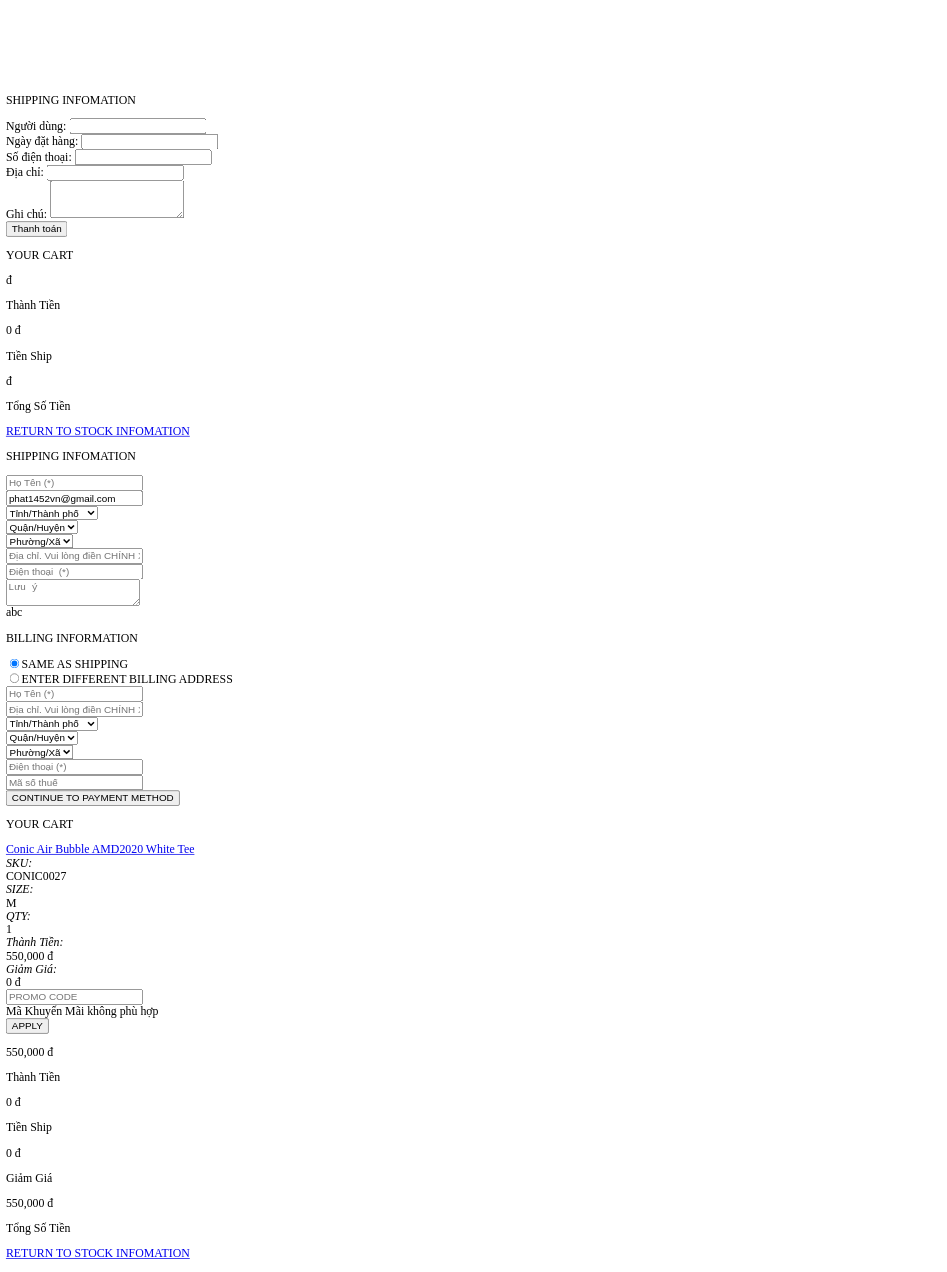
Repository: nguyengiabao245/NHOM3_C2
Page: http://localhost/DoAnJava/WEB-INF/views/order/checkout.jsp
The author's editor kept a copy of each file at every save. The page is drawn from the files as they stood at one save, then again after the next save.
The browser window is 1280 px wide. The pictures show the whole page, at 74% of full size.
The page is served by Tomcat 9. Nobody is signed in. The template is opened directly, without the code that normally fills it, so the values that code supplies are empty.

Above is the page before, as saved 2022-05-15 11:46:51.

After the next save:
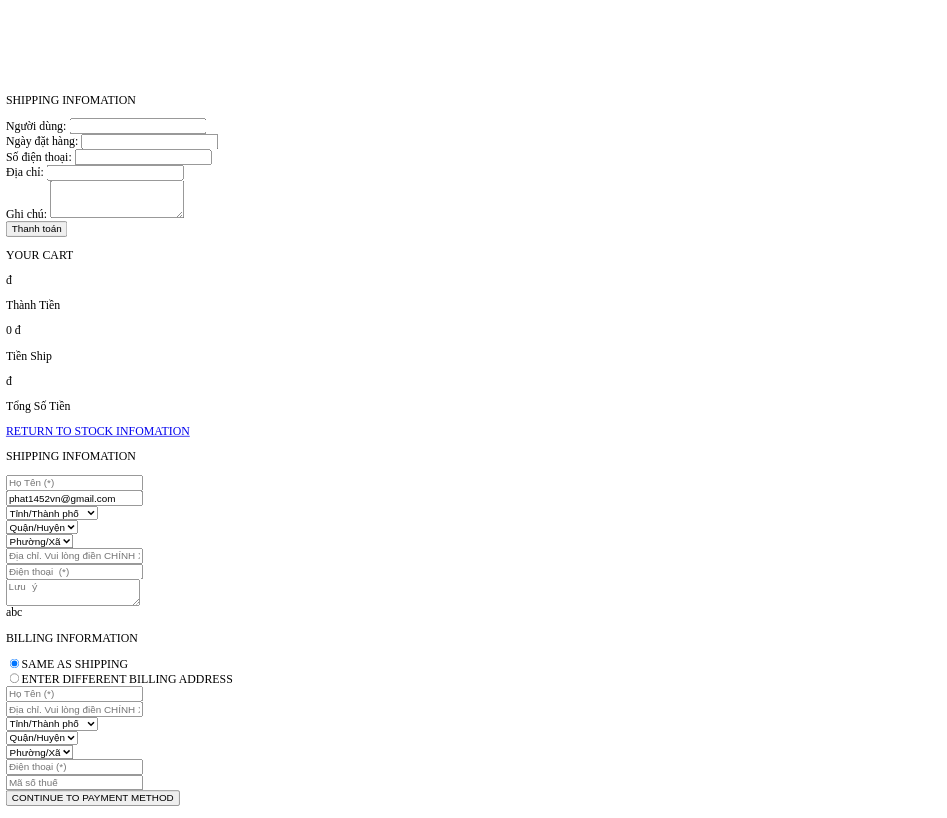
Saved 33 s later.
--- a/DoAnJava/src/main/webapp/WEB-INF/views/order/checkout.jsp
+++ b/DoAnJava/src/main/webapp/WEB-INF/views/order/checkout.jsp
@@ -201,63 +201,7 @@
         <button class="btn__conti--pay">CONTINUE TO PAYMENT METHOD</button>
     </div>
 </div>                </div>
-                <div class="checkout__inforpro">
-                    <p class="font-700 mgB-30 text-center fs-17">YOUR CART</p>
-                <div class="clearfix checkout__inforpro-detail 23732"
-         data-quoteDetail="eyJpdiI6ImF2RFZpZkk0ZHVZZ1BhRFZtZTBCcEE9PSIsInZhbHVlIjoiZ1F1bmdXd1JqUDhzN3pGN3grUFVOUT09IiwibWFjIjoiMDQzYTE2ZTkyMTZhNjgyMTE4YzFlMGE2MzRiZGJiZDZiZDFhOTNjZmQwYTM0Zjk2NDlhZTBmMjI3MTZjYTg2MCJ9"
-    >
-        <a href="" class="pro-remove removeCart"><span class="icon-uniF335"></span></a>
-        <div class="font-600 fs-14 mgB-10">
-            <a href="https://www.glab.vn/product/detail/4821-conic-air-bubble-amd2020-white-tee">
-                Conic Air Bubble AMD2020 White Tee
-            </a>
-        </div>
-        <div class="font-600 fs-11 justifyAround mgB-5"><em>SKU:</em> <div>CONIC0027</div></div>
-
-        <div class="font-600 fs-11 justifyAround mgB-5"><em>SIZE:</em> <div>M</div></div>
-        <div class="up__down--qty font-600 fs-11 justifyAround">
-            <em>QTY:</em>
-            <div>
-                <span class="qty__down"><span class="icon-circle-minus"></span></span>
-                <span class="qty__val">1</span>
-                <span class="qty__up"><span class="icon-circle-plus"></span></span>
-                <input name="quantity_select" class="quantity_select" type="hidden" value="1">
-            </div>
-        </div>
-        <div class="font-600 fs-11 justifyAround mgB-5"><em>Thành Tiền:</em> <div>550,000 đ</div></div>
-        <div class="font-600 fs-11 justifyAround mgB-5"><em>Giảm Giá:</em> <div>0 đ</div></div>
-        <div class="promoCode">
-            <a href="" class="removeCoupon hide"><span class="icon-uniF335"></span></a>
-            <div class="frm-item">
-                <input type="text" placeholder="PROMO CODE" name="coupon_code[38072]" value="">
-                <div class="error">Mã Khuyến Mãi không phù hợp</div>
-            </div>
-            <div class="btnApply"><button>APPLY</button></div>
-        </div>
-    </div>
-
-<div class="clearfix mgB-10">
-    <p class="pull-right font-600 fs-12">550,000 đ</p>
-    <p class="font-600 fs-12">Thành Tiền</p>
-</div>
-
-<div class="clearfix mgB-10">
-    <p class="pull-right font-700 fs-12">0 đ</p>
-    <p class="font-700 fs-12">Tiền Ship</p>
-</div>
-<div class="clearfix mgB-10">
-    <p class="pull-right font-700 fs-12">0 đ</p>
-    <p class="font-700 fs-12">Giảm Giá</p>
-</div>
-<div class="clearfix mgB-40">
-    <p class="pull-right font-700 fs-17">550,000 đ</p>
-    <p class="font-700 fs-17">Tổng Số Tiền</p>
-</div>
-<div class="backLink">
-    <a href="https://www.glab.vn/product"><span class="icon-navigate_before"></span>RETURN TO STOCK INFOMATION</a>
-</div>
-
-                </div>
+
                         </form>
         </div>
     </div>
